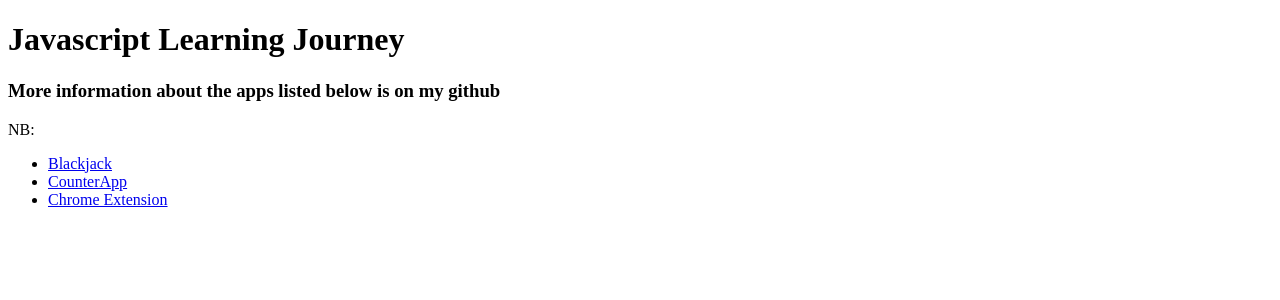
Repository: Siphamandla201/Javascript-Journey
Page: index.html
An editor plug-in stored every save of this project. The page is shown before and after the next save, followed by the edit.
The browser window is 1280 px wide. The pictures show the whole page.

Above is the page before, as saved 2023-07-27 16:14:54.

### index.html
<!DOCTYPE html>
<html lang="en">
<head>
    <meta charset="UTF-8">
    <meta name="viewport" content="width=device-width, initial-scale=1.0">
    <title>Document</title>
</head>
<body>
    <h1>
        Javascript Learning Journey
    </h1>
    <h3>
        More information about the apps listed below is on my github
    </h3>
    <p>NB: </p>
    <ul>
        <li><a href="./Blackjack/Blackjack.html">Blackjack</a></li>
        <li><a href="./CounterApp/Counter.html">CounterApp</a></li>
        <li><a href="./Extension/Index.html">Chrome Extension</a></li>
    </ul>
</body>
</html>

After the next save:
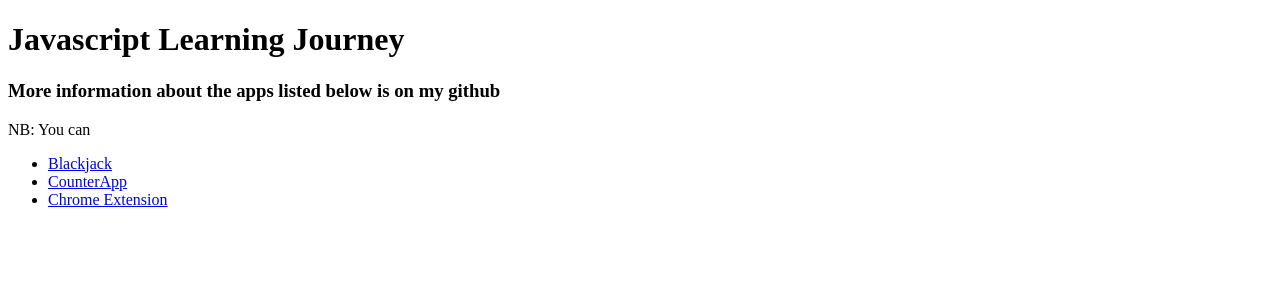
Saved 7 s later.
--- a/index.html
+++ b/index.html
@@ -12,7 +12,7 @@
     <h3>
         More information about the apps listed below is on my github
     </h3>
-    <p>NB: </p>
+    <p>NB: You can </p>
     <ul>
         <li><a href="./Blackjack/Blackjack.html">Blackjack</a></li>
         <li><a href="./CounterApp/Counter.html">CounterApp</a></li>
